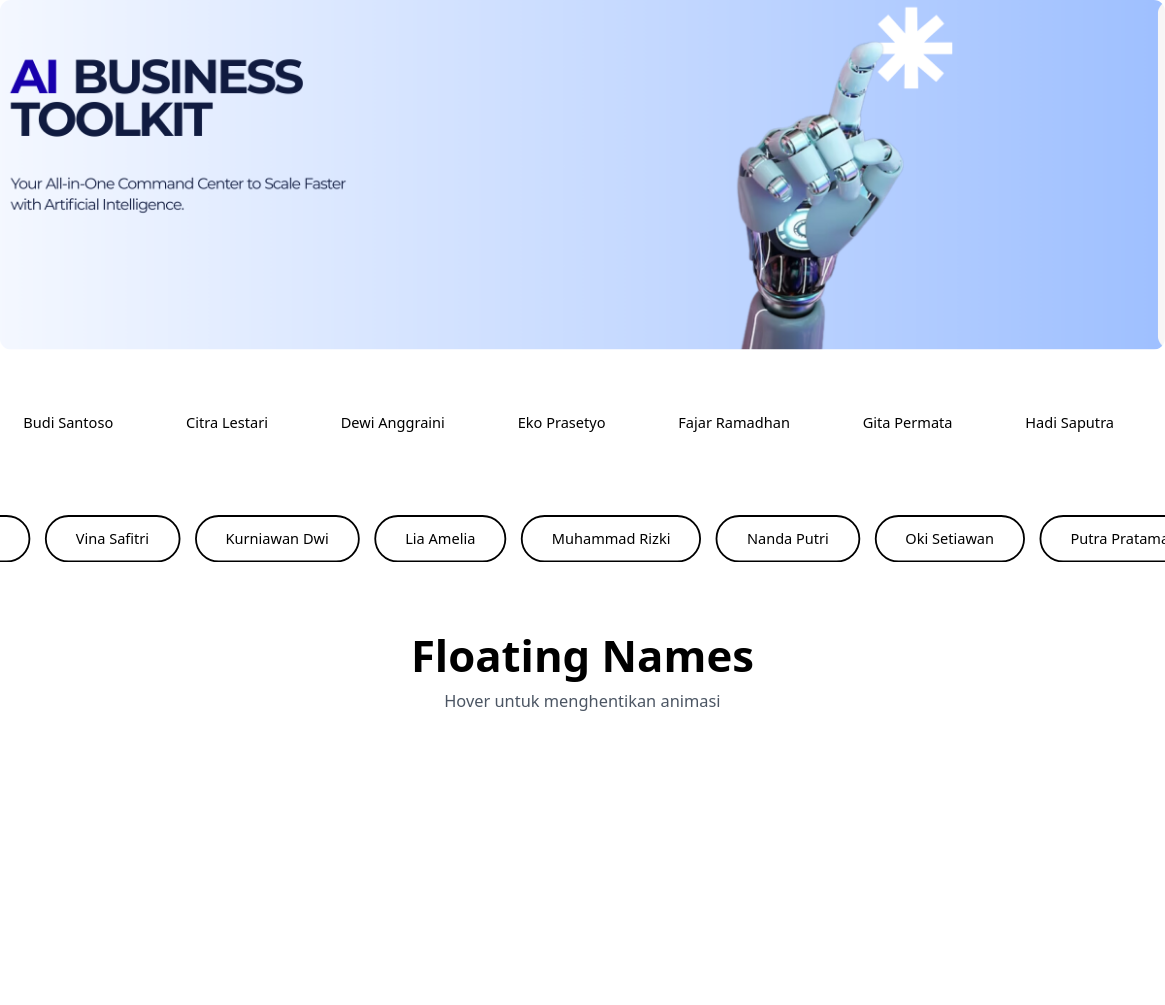
Repository: MUHAMADTEGARWIJAYA/AI-BUSINESS-TOOLKIT
Page: /
An editor plug-in stored every save of this project. The page is shown before and after a run of saves, followed by the edit.
The browser window is 1280 px wide. The pictures show the whole page, at 91% of full size.
The project was rebuilt for these pictures with package versions that can differ from the ones it lists, and the page was loaded fresh each time. Also part of the build but not shown: vite.config.js.

Above is the page before, as saved 2026-01-07 15:03:44.

After the next 2 saves:
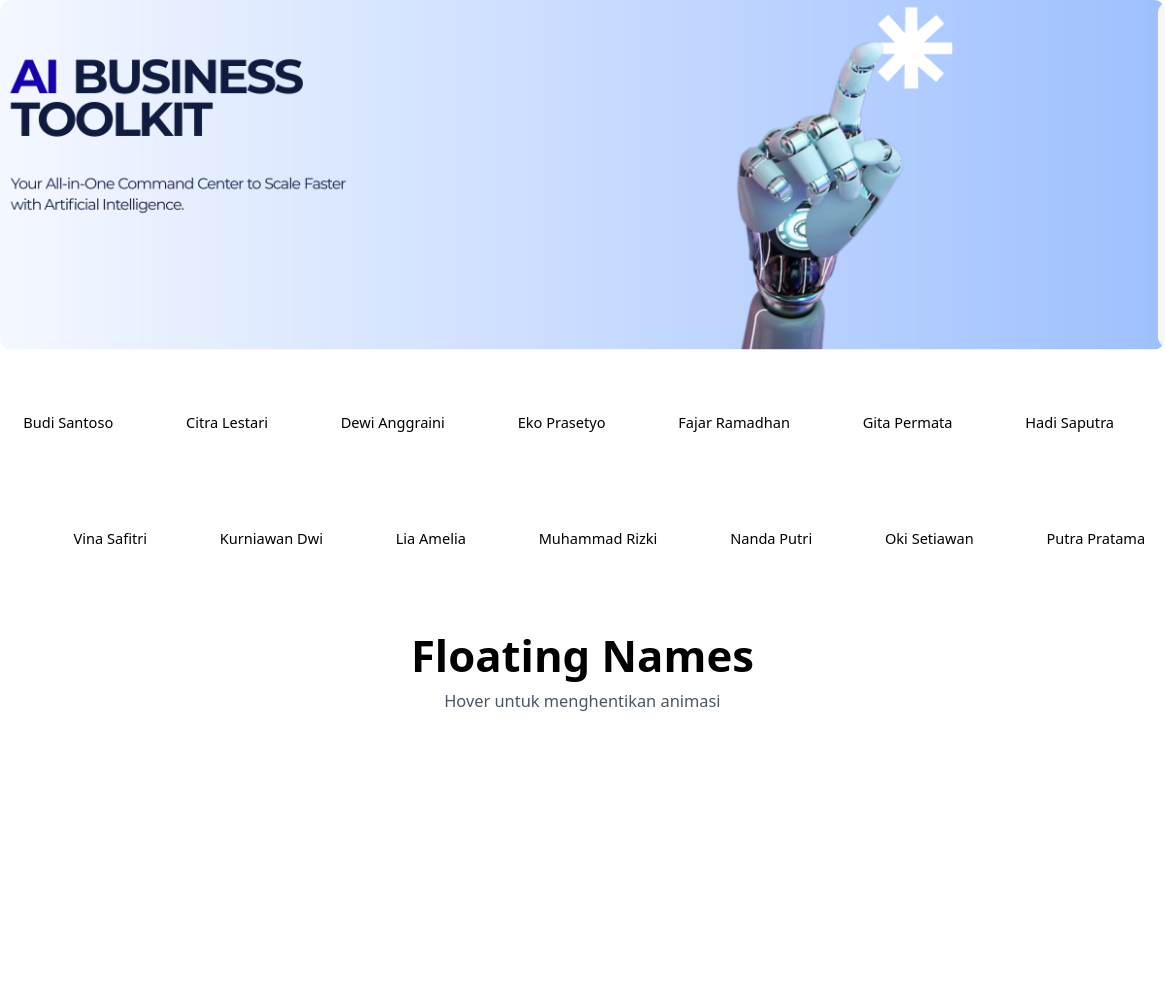
The 2 saves are shown as one change because they came seconds apart.
The last was saved 8 s later.
--- a/src/views/NamaFloating.vue
+++ b/src/views/NamaFloating.vue
@@ -7,7 +7,7 @@
           <div
             v-for="(nama, idx) in line1Double"
             :key="idx"
-            class="floating-card inline-block px-8 py-3 bg-white border-black rounded-full"
+            class="floating-card inline-block px-8 py-3 bg-white rounded-full"
           >
             <span class="text-black font-medium text-base">{{ nama }}</span>
           </div>
@@ -20,7 +20,7 @@
           <div
             v-for="(nama, idx) in line2Double"
             :key="idx"
-            class="floating-card inline-block px-8 py-3 bg-white border-2 border-black rounded-full"
+            class="floating-card inline-block px-8 py-3 bg-white rounded-full"
           >
             <span class="text-black font-medium text-base">{{ nama }}</span>
           </div>
